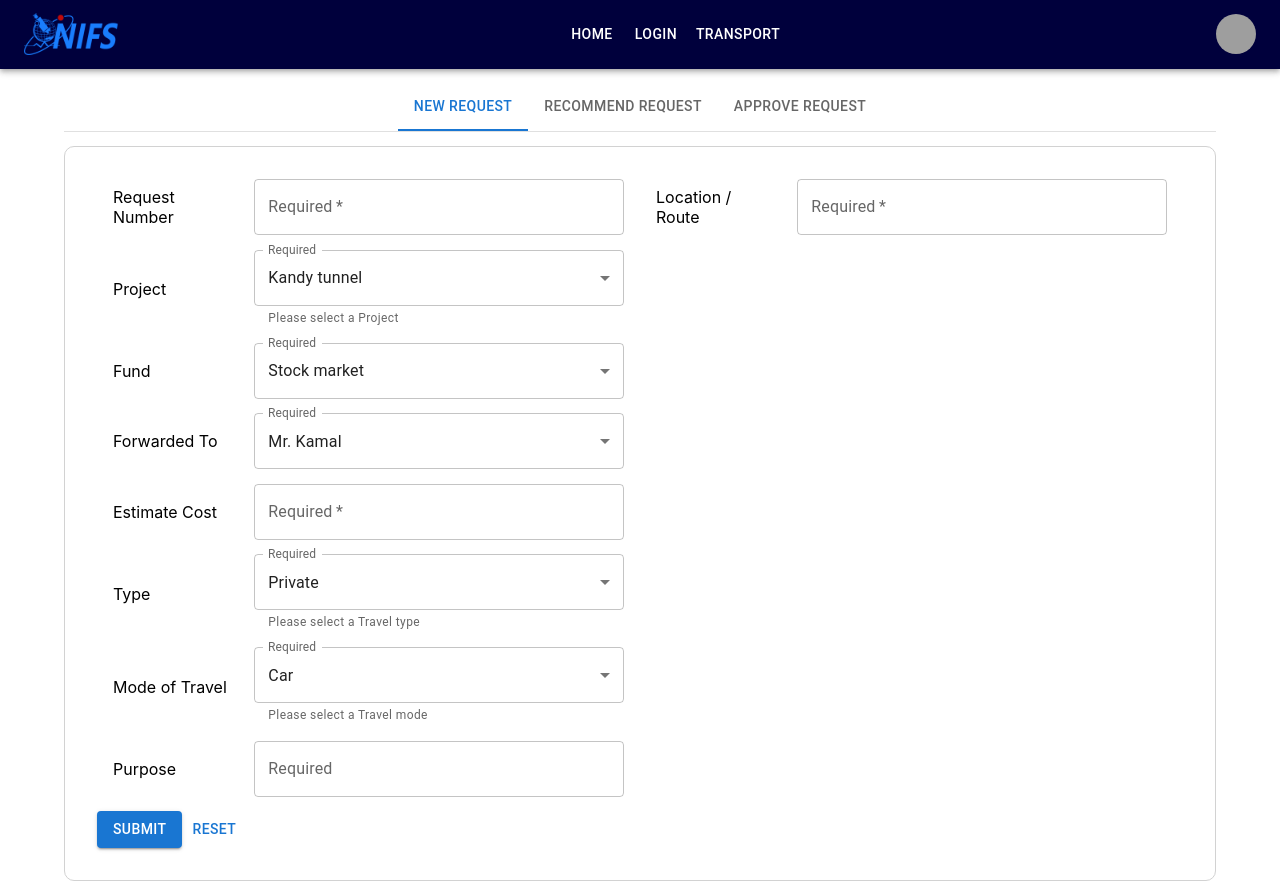
Repository: Ravindu97/NIFS_WebApplication
Page: /transport (app in client/)
The author's editor kept a copy of each file at every save. The page is drawn from the files as they stood at one save, then again after the next save.
The browser window is 1280 px wide. The pictures show the whole page.
Pictures or frames that could not be fetched are drawn as grey boxes. The project was rebuilt for these pictures with package versions that can differ from the ones it lists, and the page was loaded fresh each time. Also part of the build but not shown: client/src/pages/Home.js, client/src/pages/Login.js, client/src/components/Transport/RecommendedRequest.js, client/src/components/Transport/ApproveRequest.js.

Above is the page before, as saved 2022-07-01 00:39:04.

### client/src/index.css
body {
  margin: 0;
  font-family: -apple-system, BlinkMacSystemFont, 'Segoe UI', 'Roboto', 'Oxygen',
    'Ubuntu', 'Cantarell', 'Fira Sans', 'Droid Sans', 'Helvetica Neue',
    sans-serif;
  -webkit-font-smoothing: antialiased;
  -moz-osx-font-smoothing: grayscale;
}

:root{
  --main-navbar-back: #00003c;

}


.nav-logo{
  width: 100px;
  height: auto;
}

/* main navbar */
.main-navbar{
  background-color: var(--main-navbar-back) !important;
}

/* secondary navbar */
.secondary-navbar{
  margin-top: 2vh !important;
  margin: auto;
}

/* body content */
.body-content{
  margin: auto;
  width: 90%;
  margin-top: 2vh;
}

/* -------------------css for form starts here */
/* form section means outsice the <form> tag */

.form-section{
  border: 1px solid #d2d2d2;
  border-radius: 10px;
  padding: 2rem;
}

/* input fields */
.input-fields{
  display: flex;
  align-items: center;
  margin-bottom: 2vh;
}

.input-fields label{
  margin-right: 2vw;
  width: 10vw;
}

.form-left,.form-right{
  width: 50%;
  margin-left: 1em;
  margin-right: 1em;
}

/* -----------------css for form ends here */

### client/src/App.js
import * as React from 'react';
import { BrowserRouter as Router, Route, Routes } from 'react-router-dom';
import Navbar from './components/shared/Navbar';
import Home from './pages/Home';
import Login from './pages/Login';
import TransportMainPage from './pages/TransportMainPage';

function App() {
	return (
		<div>
			<Router>
				<Navbar />
				<Routes>
					<Route exact path="/" element={<Home />} />
					<Route exact path="/login" element={<Login />} />
					<Route exact path="/transport/*" element={<TransportMainPage />} />
				</Routes>
			</Router>
		</div>
	);
}

export default App;

### client/src/components/shared/Navbar.js
import * as React from 'react';
import AppBar from '@mui/material/AppBar';
import Box from '@mui/material/Box';
import Toolbar from '@mui/material/Toolbar';
import IconButton from '@mui/material/IconButton';
import Typography from '@mui/material/Typography';
import Menu from '@mui/material/Menu';
import MenuIcon from '@mui/icons-material/Menu';
import Container from '@mui/material/Container';
import Avatar from '@mui/material/Avatar';
import Button from '@mui/material/Button';
import Tooltip from '@mui/material/Tooltip';
import MenuItem from '@mui/material/MenuItem';
import { Link } from 'react-router-dom';
import Logo from '../../images/nifs_logo.png';

const Navbar = () => {
	const pages = [
		{
			id: 0,
			title: 'Home',
			link: '/',
		},
		{
			id: 1,
			title: 'Login',
			link: '/login',
		},
		{
			id: 2,
			title: 'Transport',
			link: '/transport',
		},
	];

	const settings = [
		{
			id: 0,
			title: 'Home',
			link: '/',
		},
		{
			id: 1,
			title: 'Login',
			link: '/login',
		},
		{
			id: 2,
			title: 'Transport',
			link: '/transport',
		},
	];

	const [anchorElNav, setAnchorElNav] = React.useState(null);
	const [anchorElUser, setAnchorElUser] = React.useState(null);

	const handleOpenNavMenu = (event) => {
		setAnchorElNav(event.currentTarget);
	};
	const handleOpenUserMenu = (event) => {
		setAnchorElUser(event.currentTarget);
	};

	const handleCloseNavMenu = () => {
		setAnchorElNav(null);
	};

	const handleCloseUserMenu = () => {
		setAnchorElUser(null);
	};

	return (
		<AppBar position="static" className="main-navbar">
			<Container maxWidth="xl">
				<Toolbar disableGutters>
					{/*Responsive view start here  */}
					<Box sx={{ display: { xs: 'none', md: 'flex' }, mr: 1 }}>
						<img src={Logo} alt="logo" className="nav-logo" />
					</Box>

					<Box sx={{ flexGrow: 1, display: { xs: 'flex', md: 'none' } }}>
						<IconButton
							size="large"
							aria-label="account of current user"
							aria-controls="menu-appbar"
							aria-haspopup="true"
							onClick={handleOpenNavMenu}
							color="inherit"
						>
							<MenuIcon />
						</IconButton>
						<Menu
							id="menu-appbar"
							anchorEl={anchorElNav}
							anchorOrigin={{
								vertical: 'bottom',
								horizontal: 'left',
							}}
							keepMounted
							transformOrigin={{
								vertical: 'top',
								horizontal: 'left',
							}}
							open={Boolean(anchorElNav)}
							onClose={handleCloseNavMenu}
							sx={{
								display: { xs: 'block', md: 'none' },
							}}
						>
							{pages &&
								pages.map((page) => (
									<MenuItem key={page.id} onClick={handleCloseNavMenu}>
										<Link to={page.link} style={{ textDecoration: 'none' }}>
											<Typography textAlign="center">{page.title}</Typography>
										</Link>
									</MenuItem>
								))}
						</Menu>
					</Box>
					{/* Responsive view ends here */}

					{/* Full width starts here */}
					<Box
						sx={{
							mr: 2,
							display: { xs: 'flex', md: 'none' },
							flexGrow: 1,
						}}
					>
						<img src={Logo} alt="logo" className="nav-logo" />
					</Box>

					<Box
						sx={{ flexGrow: 1, display: { xs: 'none', md: 'flex' } }}
						style={{ justifyContent: 'center' }}
					>
						{pages &&
							pages.map((page) => (
								<Link to={page.link} style={{ textDecoration: 'none' }}>
									<Button
										key={page.id}
										onClick={handleCloseNavMenu}
										sx={{ my: 2, color: 'white', display: 'block' }}
									>
										{page.title}
									</Button>
								</Link>
							))}
					</Box>

					{/* end of the navbar */}
					<Box sx={{ flexGrow: 0 }}>
						<Tooltip title="Open settings">
							<IconButton onClick={handleOpenUserMenu} sx={{ p: 0 }}>
								<Avatar
									alt="Remy Sharp"
									src="https://images.unsplash.com/photo-1566753323558-f4e0952af115?ixlib=rb-1.2.1&ixid=MnwxMjA3fDB8MHxzZWFyY2h8MXx8bWFsZXxlbnwwfHwwfHw%3D&w=1000&q=80"
								/>
							</IconButton>
						</Tooltip>
						<Menu
							sx={{ mt: '45px' }}
							id="menu-appbar"
							anchorEl={anchorElUser}
							anchorOrigin={{
								vertical: 'top',
								horizontal: 'right',
							}}
							keepMounted
							transformOrigin={{
								vertical: 'top',
								horizontal: 'right',
							}}
							open={Boolean(anchorElUser)}
							onClose={handleCloseUserMenu}
						>
							{settings.map((setting) => (
								<MenuItem key={setting.id} onClick={handleCloseUserMenu}>
									<Typography textAlign="center">{setting.title}</Typography>
								</MenuItem>
							))}
						</Menu>
					</Box>
				</Toolbar>
			</Container>
		</AppBar>
	);
};
export default Navbar;

### client/src/pages/TransportMainPage.js
import React from 'react';

import TransportNavbar from '../components/Transport/shared/TransportNavbar';
import { Route, Routes } from 'react-router-dom';
import NewRequest from '../components/Transport/NewRequest';
import RecommendedRequest from '../components/Transport/RecommendedRequest';
import ApproveRequest from '../components/Transport/ApproveRequest';

// transport main page where all other section of transport department can be access from here
function TransportMainPage() {
	return (
		<div>
			<TransportNavbar />
			<div className="body-content">
				<Routes>
					<Route exact path="/" element={<NewRequest />} />
					<Route exact path="/recommend" element={<RecommendedRequest />} />
					<Route exact path="/approve" element={<ApproveRequest />} />
				</Routes>
			</div>
		</div>
	);
}

export default TransportMainPage;

### client/src/components/Transport/shared/TransportNavbar.js
import * as React from 'react';
import Tabs from '@mui/material/Tabs';
import Tab from '@mui/material/Tab';
import Box from '@mui/material/Box';
import { Link, useLocation } from 'react-router-dom';

export default function TransportNavbar() {
	const location = useLocation();

	const pages = [
		{
			id: 0,
			title: 'New Request',
			link: '/transport',
		},
		{
			id: 1,
			title: 'Recommend Request',
			link: '/transport/recommend',
		},
		{
			id: 2,
			title: 'Approve Request',
			link: '/transport/approve',
		},
	];

	return (
		<Box sx={{ width: '90%' }} className="secondary-navbar">
			<Box sx={{ borderBottom: 1, borderColor: 'divider' }}>
				<Tabs value={location.pathname} centered>
					{pages &&
						pages.map((page) => (
							<Tab
								key={page.id}
								label={page.title}
								value={page.link}
								component={Link}
								to={page.link}
							/>
						))}
				</Tabs>
			</Box>
		</Box>
	);
}

### client/src/components/Transport/NewRequest.js
import { Button, TextField } from '@mui/material';
import React, { useState } from 'react';
import { useForm } from 'react-hook-form';
import Box from '@mui/material/Box';
// import datepicker
import DateFnsUtils from '@date-io/date-fns';
import {
	DatePicker,
	TimePicker,
	DateTimePicker,
	MuiPickersUtilsProvider,
} from '@material-ui/pickers';
// sample data files start here
import Projects from './shared/sampleData/Project.json';
import Funds from './shared/sampleData/Fund.json';
import ForwardedTo from './shared/sampleData/ForwardedTo.json';
// sample data files ends here

function NewRequest() {
	// date set to be stored
	const { register, handleSubmit, reset } = useForm();
	const [selectedDate, handleDateChange] = useState(new Date());
	const [project, setProjects] = useState(Projects);
	const [fund, setFunds] = useState(Funds);
	const [forwardedTo, setForwardedTos] = useState(ForwardedTo);

	const submitDetails = (data) => {
		console.log(data);
	};

	return (
		<div className="form-section">
			<form onSubmit={handleSubmit(submitDetails)}>
				<Box
					sx={{
						display: { xs: 'block', md: 'flex' },
						justifyContent: 'center',
					}}
				>
					{/* left section of the form */}
					<div className="form-left">
						{/* Request number */}
						<div className="input-fields">
							<label>Request Number</label>
							<TextField
								sx={{
									width: { md: '80%' },
								}}
								fullWidth
								required
								type="text"
								name="reqNo"
								id="outlined-basic"
								label="Required"
								variant="outlined"
								{...register('reqNo', { required: true })}
							/>
						</div>

						{/* Select project */}
						<div className="input-fields">
							<label>Project</label>
							<TextField
								sx={{
									width: { md: '80%' },
								}}
								fullWidth
								id="outlined-select-project-native"
								select
								label="Required"
								name="project"
								{...register('project', { required: true })}
								SelectProps={{
									native: true,
								}}
								helperText="Please select a Project"
							>
								{project.map((option) => (
									<option key={option.id} value={option.value}>
										{option.value}
									</option>
								))}
							</TextField>
						</div>

						{/* Select Fund */}

						<div className="input-fields">
							<label>Fund</label>
							<TextField
								sx={{
									width: { md: '80%' },
								}}
								fullWidth
								id="outlined-select-fund-native"
								select
								label="Required"
								name="fund"
								{...register('fund', { required: true })}
								SelectProps={{
									native: true,
								}}
							>
								{fund.map((option) => (
									<option key={option.id} value={option.value}>
										{option.value}
									</option>
								))}
							</TextField>
						</div>

						{/* Select Forward */}

						<div className="input-fields">
							<label>Forwarded To</label>
							<TextField
								sx={{
									width: { md: '80%' },
								}}
								fullWidth
								id="outlined-select-forward-native"
								select
								label="Required"
								name="forwardTo"
								{...register('forwardTo', { required: true })}
								SelectProps={{
									native: true,
								}}
							>
								{forwardedTo.map((option) => (
									<option key={option.id} value={option.value}>
										{option.value}
									</option>
								))}
							</TextField>
						</div>

						{/* cost */}
						<div className="input-fields">
							<label>Estimate Cost</label>
							<TextField
								sx={{
									width: { md: '80%' },
								}}
								fullWidth
								required
								type="text"
								name="estimateCost"
								id="outlined-basic"
								label="Required"
								variant="outlined"
								{...register('estimateCost', { required: true })}
							/>
						</div>

						{/* travel type */}
						<div className="input-fields">
							<label>Type</label>
							<TextField
								sx={{
									width: { md: '80%' },
								}}
								fullWidth
								id="outlined-select-forward-native"
								select
								label="Required"
								name="travelType"
								{...register('travelType', { required: true })}
								SelectProps={{
									native: true,
								}}
								helperText="Please select a Travel type"
							>
								<option value="private">Private</option>
								<option value="official">Official</option>
							</TextField>
						</div>

						{/* Travel mode */}

						<div className="input-fields">
							<label>Mode of Travel</label>
							<TextField
								sx={{
									width: { md: '80%' },
								}}
								fullWidth
								id="outlined-select-forward-native"
								select
								label="Required"
								name="travelMode"
								{...register('travelMode', { required: true })}
								SelectProps={{
									native: true,
								}}
								helperText="Please select a Travel mode"
							>
								<option value="car">Car</option>
								<option value="van">Van</option>
								<option value="cab">Cab</option>
							</TextField>
						</div>

						{/* purpose */}
						<div className="input-fields">
							<label>Purpose</label>
							<TextField
								sx={{
									width: { md: '80%' },
								}}
								fullWidth
								id="outlined-textarea"
								label="Required"
								name="purpose"
								{...register('purpose', { required: true })}
								SelectProps={{
									native: true,
								}}
								multiline
							/>
						</div>
					</div>
					{/* right section of the form */}
					<div className="form-right">
						{/* designation */}
						<div className="input-fields">
							<label>Location / Route</label>
							<TextField
								sx={{
									width: { md: '80%' },
								}}
								fullWidth
								required
								type="text"
								name="route"
								id="outlined-basic"
								label="Required"
								variant="outlined"
								{...register('route', { required: true })}
							/>
						</div>
					</div>
				</Box>
				{/* submit button */}
				<Button type="submit" variant="contained">
					Submit
				</Button>

				{/* reset the form */}
				<Button
					type="button"
					onClick={() => {
						reset({
							reqNo: '',
							project: '',
							fund: '',
							forwardTo: '',
							requestDate: '',
							time: '',
							estimateCost: '',
							travelType: '',
							travelMode: '',
							purpose: '',
							note: '',
							employee: '',
							designation: '',
							date: '',
							division: '',
							HOD: '',
							route: '',
							passengers: '',
						});
					}}
				>
					Reset
				</Button>
			</form>
		</div>
	);
}

export default NewRequest;

### client/src/components/Transport/shared/sampleData/Project.json
[
    {
        "id": 0,
        "value": "Kandy tunnel"
    },
    {
        "id": 1,
        "value": "Moragahakanda project"
    },
    {
        "id": 2,
        "value": "Gin nilwala project"
    },
    {
        "id": 3,
        "value": "Samanala wewa projecct"
    },
    {
        "id": 4,
        "value": "Data visualization"
    }
]

### client/src/components/Transport/shared/sampleData/Fund.json
[
    {
        "id": 0,
        "value": "Stock market"
    },
    {
        "id": 1,
        "value": "BOC bank"
    },
    {
        "id": 2,
        "value": "Savings"
    },
    {
        "id": 3,
        "value": "Ticketing"
    },
    {
        "id": 4,
        "value": "Car wash"
    }
]

### client/src/components/Transport/shared/sampleData/ForwardedTo.json
[
    {
        "id": 0,
        "value": "Mr. Kamal"
    },
    {
        "id": 1,
        "value": "Mr. Sunil"
    },
    {
        "id": 2,
        "value": "Mr. Kusal"
    },
    {
        "id": 3,
        "value": "Mrs. Nayana"
    },
    {
        "id": 4,
        "value": "Miss Rashmi"
    }
]

Loaded but not shown: client/src/index.js (common file); client/src/reportWebVitals.js (common file)

After the next save:
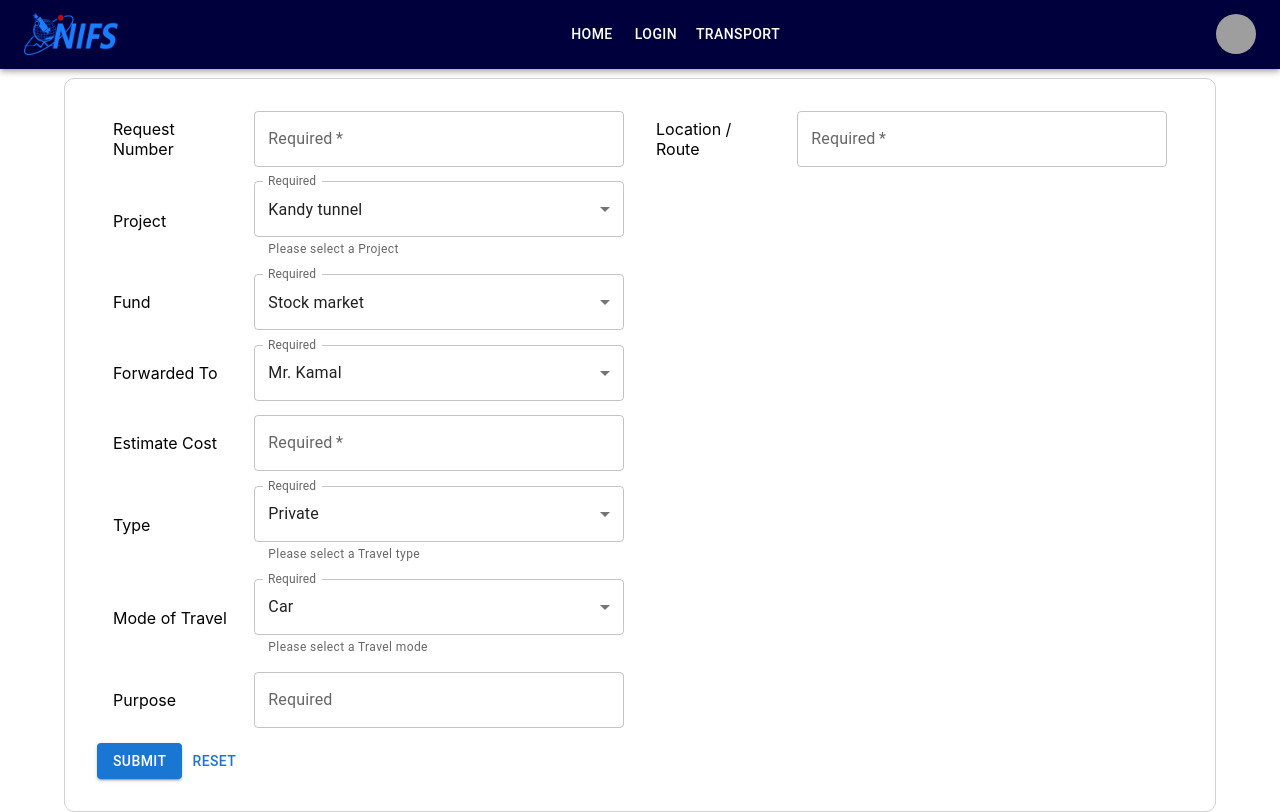
Saved 3 min 21 s later.
--- a/client/src/components/shared/Navbar.js
+++ b/client/src/components/shared/Navbar.js
@@ -70,7 +70,7 @@ const Navbar = () => {
 	};
 
 	return (
-		<AppBar position="static" className="main-navbar">
+		<AppBar position="fixed" className="main-navbar">
 			<Container maxWidth="xl">
 				<Toolbar disableGutters>
 					{/*Responsive view start here  */}
